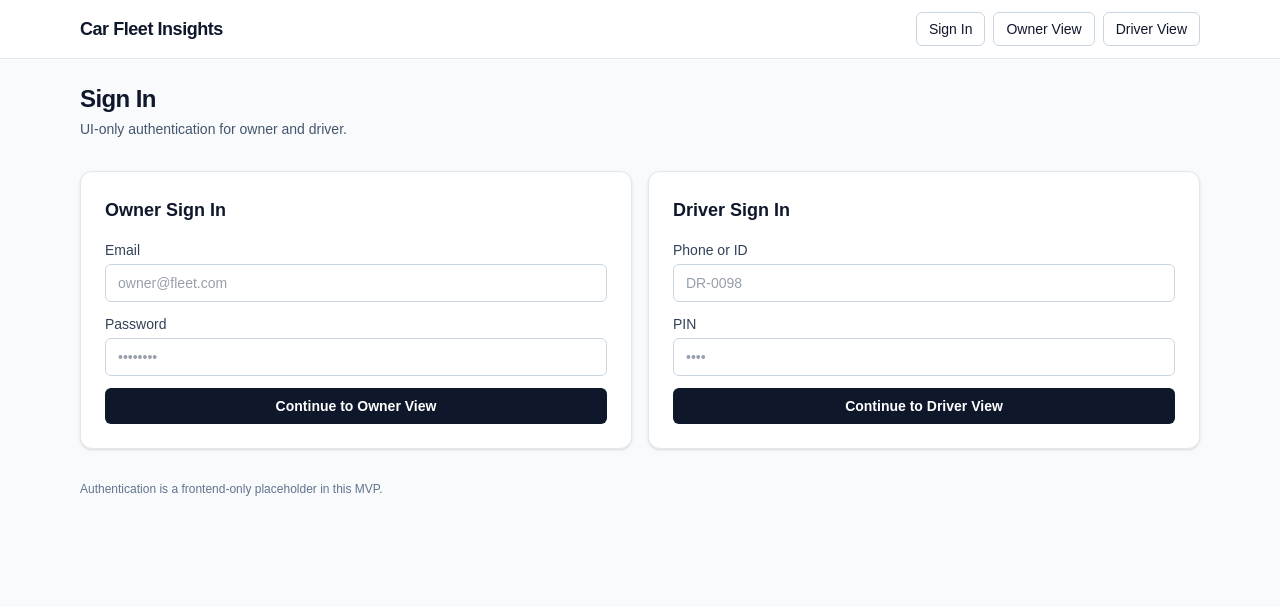
Repository: Kalai-nithi-guhan/electric_car
Page: /sign-in (app in Car_Web/)
The author's editor kept a copy of each file at every save. The page is drawn from the files as they stood at one save, then again after the next save.
The browser window is 1280 px wide. The pictures show the whole page.
The project was rebuilt for these pictures with package versions that can differ from the ones it lists, and the page was loaded fresh each time. The framework's server and built-in components were replaced by stand-ins that run in the browser. Also part of the build but not shown: Car_Web/next.config.ts.

Above is the page before, as saved 2026-02-24 16:33:22.

### Car_Web/src/app/layout.tsx
import type { Metadata } from "next";
import Link from "next/link";
import "./globals.css";

export const metadata: Metadata = {
  title: "Car Fleet Insights",
  description: "Frontend-only owner and driver dashboard",
};

export default function RootLayout({
  children,
}: Readonly<{
  children: React.ReactNode;
}>) {
  return (
    <html lang="en">
      <body className="antialiased">
        <div className="min-h-screen bg-slate-50 text-slate-900">
          <header className="border-b border-slate-200 bg-white">
            <div className="mx-auto flex w-full max-w-6xl items-center justify-between px-4 py-3">
              <Link href="/" className="text-lg font-semibold tracking-tight">
                Car Fleet Insights
              </Link>
              <nav className="flex items-center gap-2 text-sm">
                <Link
                  href="/sign-in"
                  className="rounded-md border border-slate-300 px-3 py-1.5 hover:bg-slate-100"
                >
                  Sign In
                </Link>
                <Link
                  href="/owner"
                  className="rounded-md border border-slate-300 px-3 py-1.5 hover:bg-slate-100"
                >
                  Owner View
                </Link>
                <Link
                  href="/driver"
                  className="rounded-md border border-slate-300 px-3 py-1.5 hover:bg-slate-100"
                >
                  Driver View
                </Link>
              </nav>
            </div>
          </header>
          <main className="mx-auto w-full max-w-6xl px-4 py-6">{children}</main>
        </div>
      </body>
    </html>
  );
}

### Car_Web/src/app/sign-in/page.tsx
export default function SignInPage() {
  return (
    <section className="space-y-8">
      <div>
        <h1 className="text-2xl font-semibold tracking-tight">Sign In</h1>
        <p className="mt-1 text-sm text-slate-600">
          UI-only authentication for owner and driver.
        </p>
      </div>

      <div className="grid gap-4 lg:grid-cols-2">
        <div className="rounded-xl border border-slate-200 bg-white p-6 shadow-sm">
          <h2 className="text-lg font-semibold">Owner Sign In</h2>
          <form className="mt-4 space-y-3">
            <label className="block text-sm font-medium text-slate-700">
              Email
              <input
                type="email"
                placeholder="owner@fleet.com"
                className="mt-1 w-full rounded-md border border-slate-300 px-3 py-2 text-sm"
              />
            </label>
            <label className="block text-sm font-medium text-slate-700">
              Password
              <input
                type="password"
                placeholder="••••••••"
                className="mt-1 w-full rounded-md border border-slate-300 px-3 py-2 text-sm"
              />
            </label>
            <button
              type="button"
              className="w-full rounded-md bg-slate-900 px-3 py-2 text-sm font-semibold text-white"
            >
              Continue to Owner View
            </button>
          </form>
        </div>

        <div className="rounded-xl border border-slate-200 bg-white p-6 shadow-sm">
          <h2 className="text-lg font-semibold">Driver Sign In</h2>
          <form className="mt-4 space-y-3">
            <label className="block text-sm font-medium text-slate-700">
              Phone or ID
              <input
                type="text"
                placeholder="DR-0098"
                className="mt-1 w-full rounded-md border border-slate-300 px-3 py-2 text-sm"
              />
            </label>
            <label className="block text-sm font-medium text-slate-700">
              PIN
              <input
                type="password"
                placeholder="••••"
                className="mt-1 w-full rounded-md border border-slate-300 px-3 py-2 text-sm"
              />
            </label>
            <button
              type="button"
              className="w-full rounded-md bg-slate-900 px-3 py-2 text-sm font-semibold text-white"
            >
              Continue to Driver View
            </button>
          </form>
        </div>
      </div>

      <p className="text-xs text-slate-500">
        Authentication is a frontend-only placeholder in this MVP.
      </p>
    </section>
  );
}

### Car_Web/src/app/globals.css
@import "tailwindcss";

:root {
  --background: #ffffff;
  --foreground: #171717;
}

@theme inline {
  --color-background: var(--background);
  --color-foreground: var(--foreground);
  --font-sans: Arial, Helvetica, sans-serif;
  --font-mono: "Courier New", Courier, monospace;
}

@media (prefers-color-scheme: dark) {
  :root {
    --background: #0a0a0a;
    --foreground: #ededed;
  }
}

body {
  background: var(--background);
  color: var(--foreground);
  font-family: Arial, Helvetica, sans-serif;
}

After the next save:
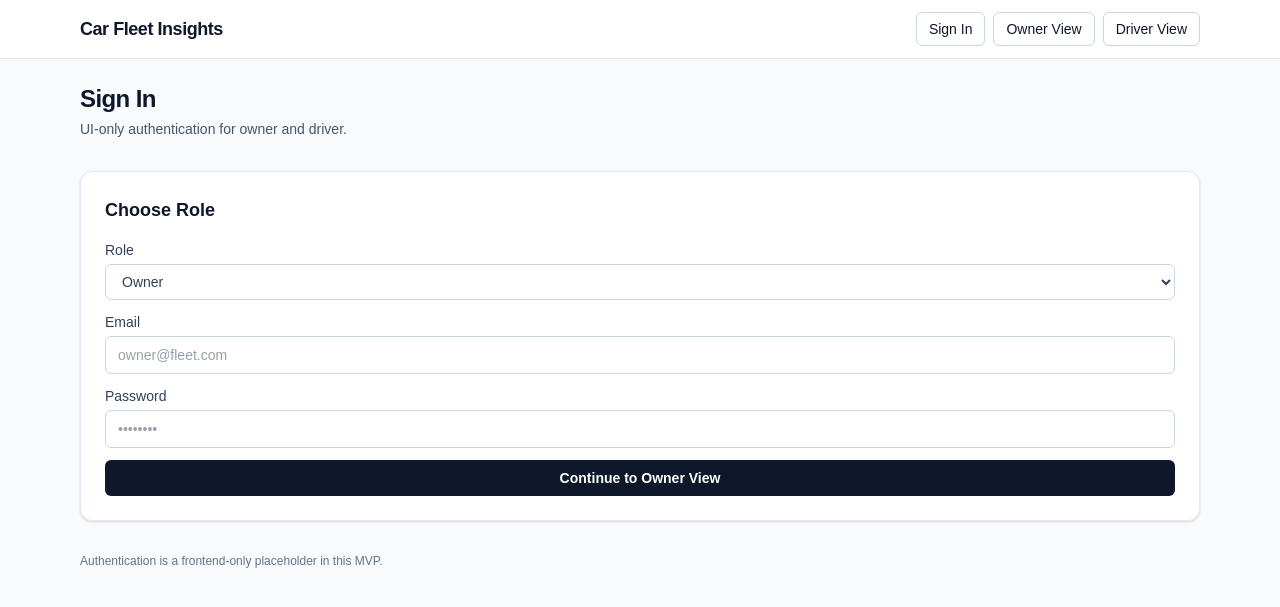
Saved 2 min 3 s later.
--- a/Car_Web/src/app/sign-in/page.tsx
+++ b/Car_Web/src/app/sign-in/page.tsx
@@ -1,4 +1,11 @@
+"use client";
+
+import { useState } from "react";
+
 export default function SignInPage() {
+  const [role, setRole] = useState("owner");
+  const isOwner = role === "owner";
+
   return (
     <section className="space-y-8">
       <div>
@@ -8,62 +15,46 @@ export default function SignInPage() {
         </p>
       </div>
 
-      <div className="grid gap-4 lg:grid-cols-2">
-        <div className="rounded-xl border border-slate-200 bg-white p-6 shadow-sm">
-          <h2 className="text-lg font-semibold">Owner Sign In</h2>
-          <form className="mt-4 space-y-3">
-            <label className="block text-sm font-medium text-slate-700">
-              Email
-              <input
-                type="email"
-                placeholder="owner@fleet.com"
-                className="mt-1 w-full rounded-md border border-slate-300 px-3 py-2 text-sm"
-              />
-            </label>
-            <label className="block text-sm font-medium text-slate-700">
-              Password
-              <input
-                type="password"
-                placeholder="••••••••"
-                className="mt-1 w-full rounded-md border border-slate-300 px-3 py-2 text-sm"
-              />
-            </label>
-            <button
-              type="button"
-              className="w-full rounded-md bg-slate-900 px-3 py-2 text-sm font-semibold text-white"
+      <div className="rounded-xl border border-slate-200 bg-white p-6 shadow-sm">
+        <h2 className="text-lg font-semibold">Choose Role</h2>
+        <form className="mt-4 space-y-3">
+          <label className="block text-sm font-medium text-slate-700">
+            Role
+            <select
+              value={role}
+              onChange={(event) => setRole(event.target.value)}
+              className="mt-1 w-full rounded-md border border-slate-300 bg-white px-3 py-2 text-sm"
             >
-              Continue to Owner View
-            </button>
-          </form>
-        </div>
+              <option value="owner">Owner</option>
+              <option value="driver">Driver</option>
+            </select>
+          </label>
 
-        <div className="rounded-xl border border-slate-200 bg-white p-6 shadow-sm">
-          <h2 className="text-lg font-semibold">Driver Sign In</h2>
-          <form className="mt-4 space-y-3">
-            <label className="block text-sm font-medium text-slate-700">
-              Phone or ID
-              <input
-                type="text"
-                placeholder="DR-0098"
-                className="mt-1 w-full rounded-md border border-slate-300 px-3 py-2 text-sm"
-              />
-            </label>
-            <label className="block text-sm font-medium text-slate-700">
-              PIN
-              <input
-                type="password"
-                placeholder="••••"
-                className="mt-1 w-full rounded-md border border-slate-300 px-3 py-2 text-sm"
-              />
-            </label>
-            <button
-              type="button"
-              className="w-full rounded-md bg-slate-900 px-3 py-2 text-sm font-semibold text-white"
-            >
-              Continue to Driver View
-            </button>
-          </form>
-        </div>
+          <label className="block text-sm font-medium text-slate-700">
+            {isOwner ? "Email" : "Phone or ID"}
+            <input
+              type={isOwner ? "email" : "text"}
+              placeholder={isOwner ? "owner@fleet.com" : "DR-0098"}
+              className="mt-1 w-full rounded-md border border-slate-300 px-3 py-2 text-sm"
+            />
+          </label>
+
+          <label className="block text-sm font-medium text-slate-700">
+            {isOwner ? "Password" : "PIN"}
+            <input
+              type="password"
+              placeholder={isOwner ? "••••••••" : "••••"}
+              className="mt-1 w-full rounded-md border border-slate-300 px-3 py-2 text-sm"
+            />
+          </label>
+
+          <button
+            type="button"
+            className="w-full rounded-md bg-slate-900 px-3 py-2 text-sm font-semibold text-white"
+          >
+            Continue to {isOwner ? "Owner" : "Driver"} View
+          </button>
+        </form>
       </div>
 
       <p className="text-xs text-slate-500">
